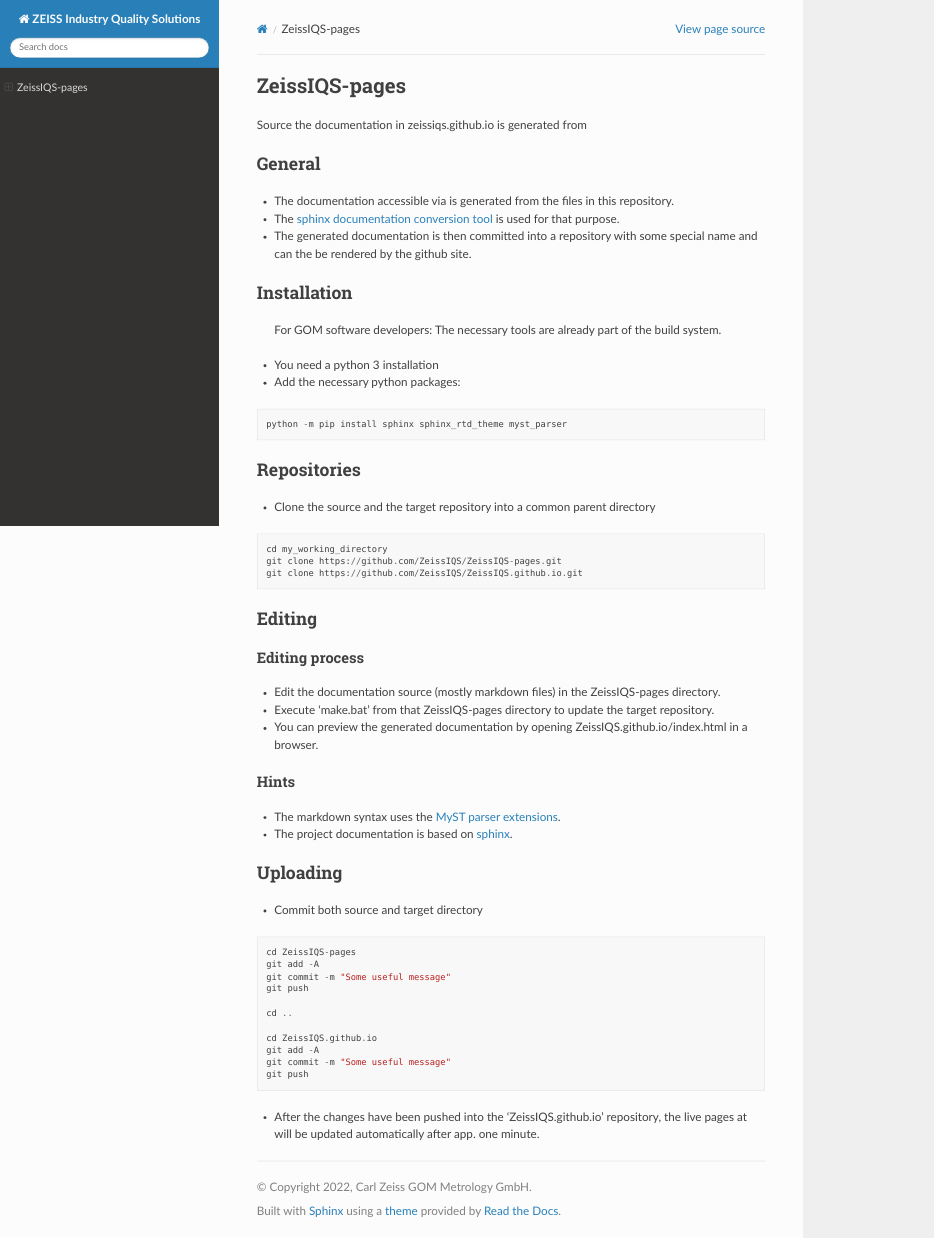
Repository: ZeissIQS/ZeissIQS.github.io
Page: README.html
The author's editor kept a copy of each file at every save. The page is drawn from the files as they stood at one save, then again after the next save.
The browser window is 1280 px wide. The pictures show the whole page, at 73% of full size.

Above is the page before, as saved 2023-04-27 11:13:42.

After the next save:
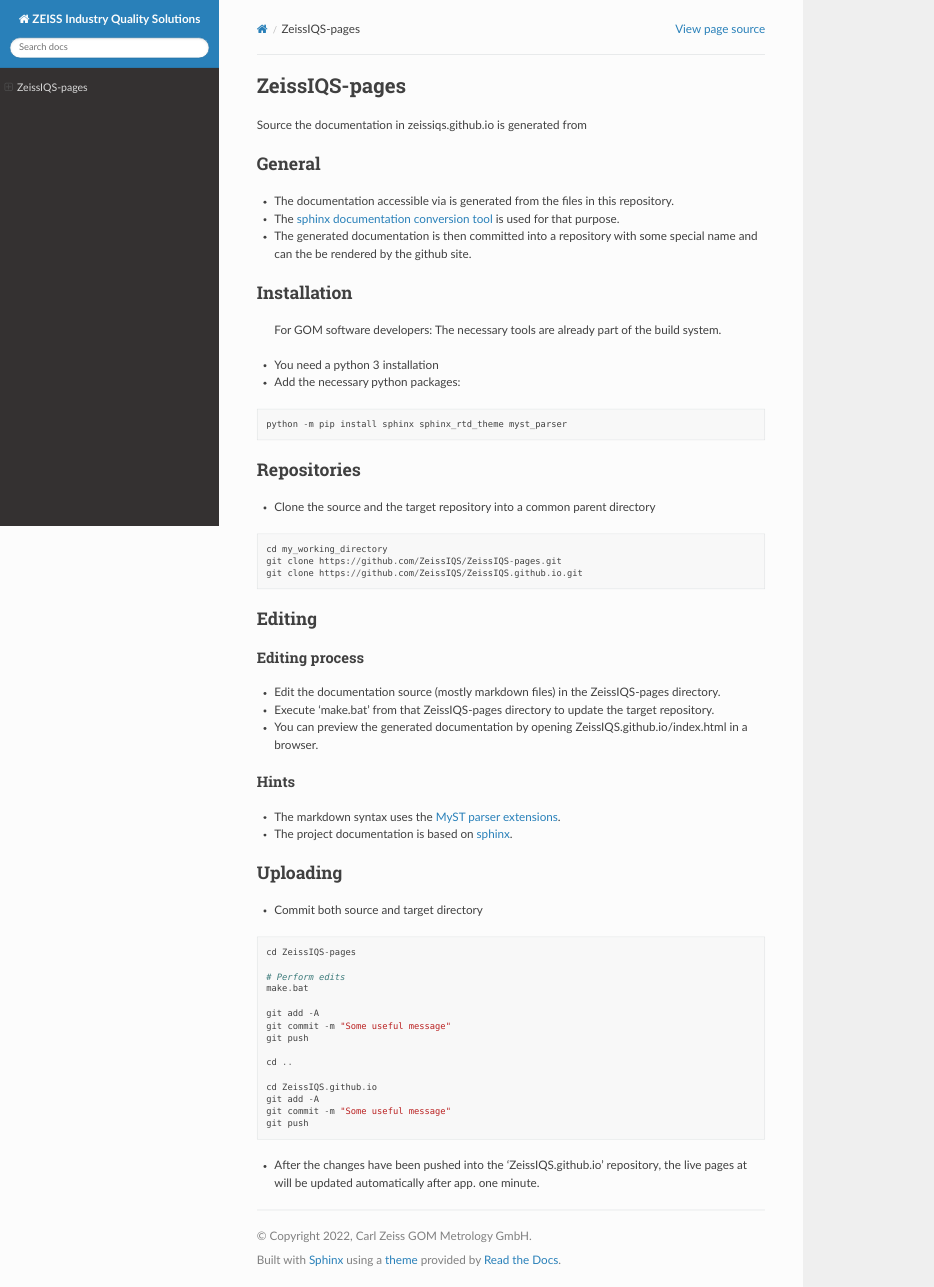
Saved 12 min 27 s later.
--- a/README.html
+++ b/README.html
@@ -70,7 +70,7 @@
       <li><a href="../index.html" class="icon icon-home"></a></li>
       <li class="breadcrumb-item active">ZeissIQS-pages</li>
       <li class="wy-breadcrumbs-aside">
-            <a href="../_sources/.history/README_20230427111342.md.txt" rel="nofollow"> View page source</a>
+            <a href="../_sources/.history/README_20230427112609.md.txt" rel="nofollow"> View page source</a>
       </li>
   </ul>
   <hr/>
@@ -137,6 +137,10 @@
 <li><p>Commit both source and target directory</p></li>
 </ul>
 <div class="highlight-default notranslate"><div class="highlight"><pre><span></span><span class="n">cd</span> <span class="n">ZeissIQS</span><span class="o">-</span><span class="n">pages</span>
+
+<span class="c1"># Perform edits</span>
+<span class="n">make</span><span class="o">.</span><span class="n">bat</span>
+
 <span class="n">git</span> <span class="n">add</span> <span class="o">-</span><span class="n">A</span>
 <span class="n">git</span> <span class="n">commit</span> <span class="o">-</span><span class="n">m</span> <span class="s2">&quot;Some useful message&quot;</span>
 <span class="n">git</span> <span class="n">push</span>
